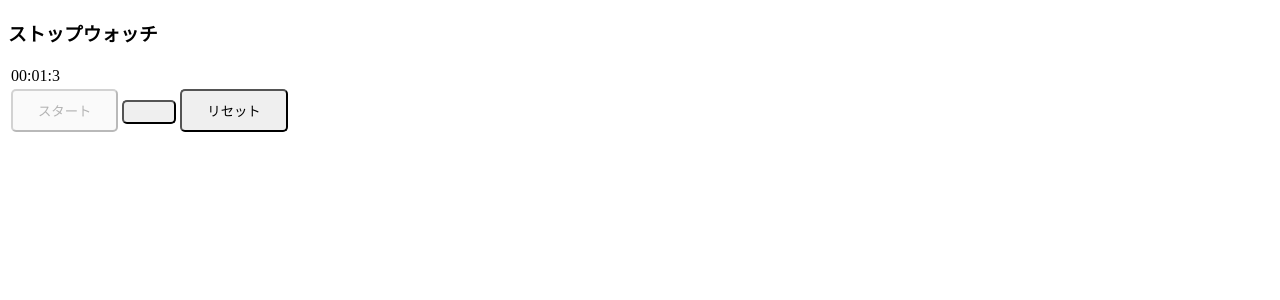
Repository: syokaturyou/potepan
Page: stop.html
The author's editor kept a record of every edit. The page is drawn from the files as they stood at one moment, then again after the next edit.
The browser window is 1280 px wide. The pictures show the whole page.
After loading, the first visible `#start` was clicked once.

Above is the page before.

After the next edit:
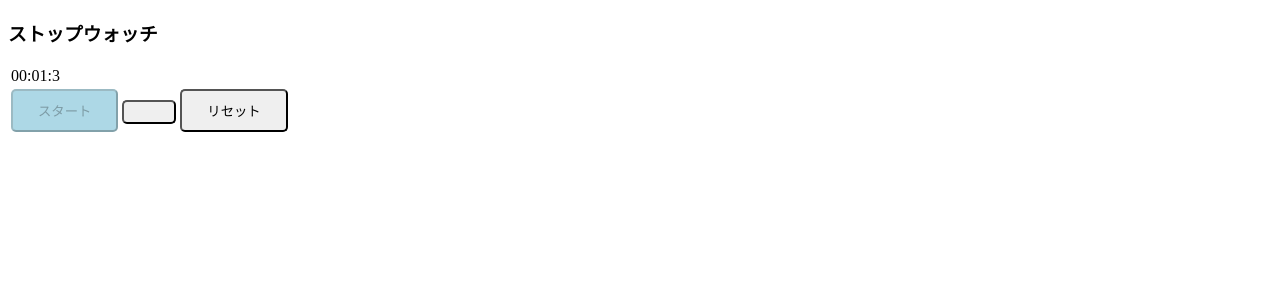
The edit:
--- a/javascript/stop.js
+++ b/javascript/stop.js
@@ -43,6 +43,8 @@
         disstart.disabled = true;
         disstop.disabled  = false;
         disreset.disabled = false;
+        disstart.style.backgroundColor = "lightblue";
+        // disstart.style.Color = "white";
     });
 
     //ストップボタン押下時のイベント追加
